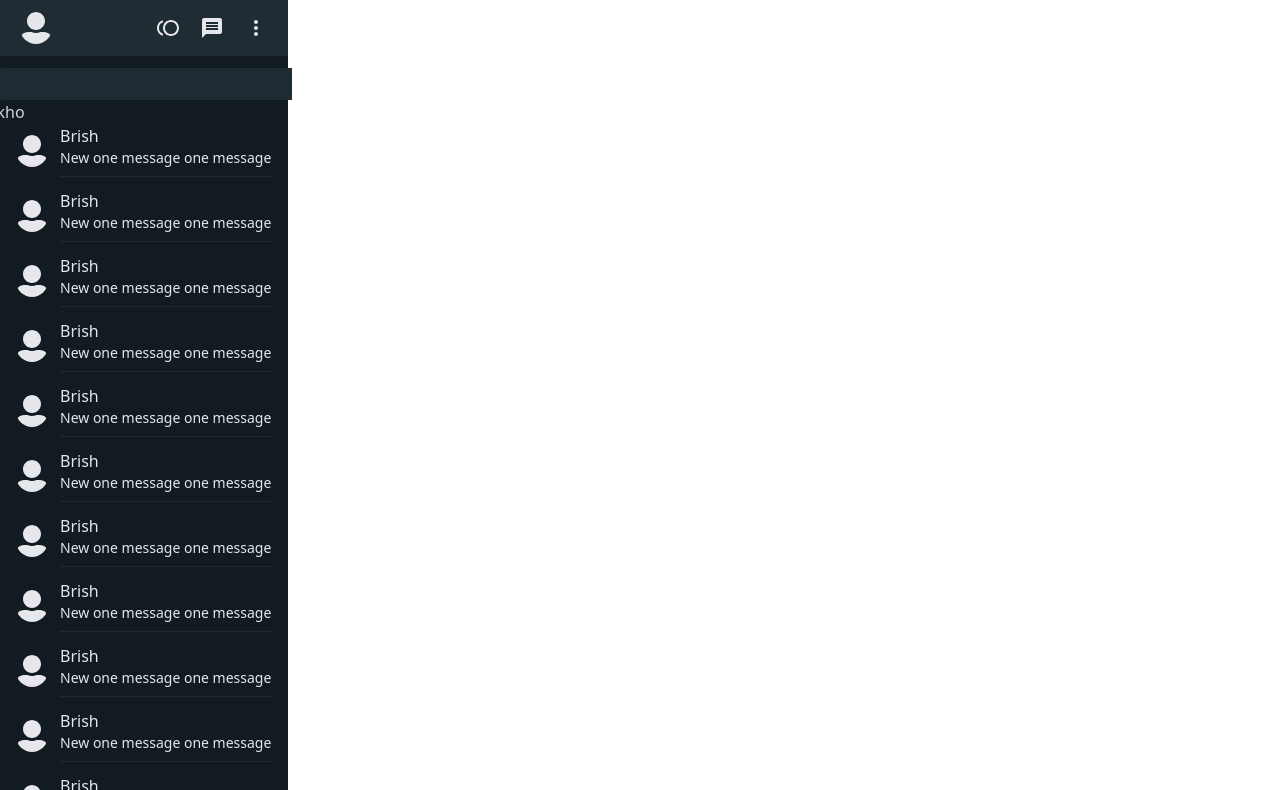
Repository: satya-ranjon/whatsapp-clone-dev
Page: /
These files come from the project's save history. The page is drawn as it stood at one moment and after the next save; the edit follows.
The browser window is 1280 px wide. The pictures show the whole page.
The project was rebuilt for these pictures with package versions that can differ from the ones it lists, and the page was loaded fresh each time.

Above is the page before, as saved 2022-04-09 06:45:02.

After the next save:
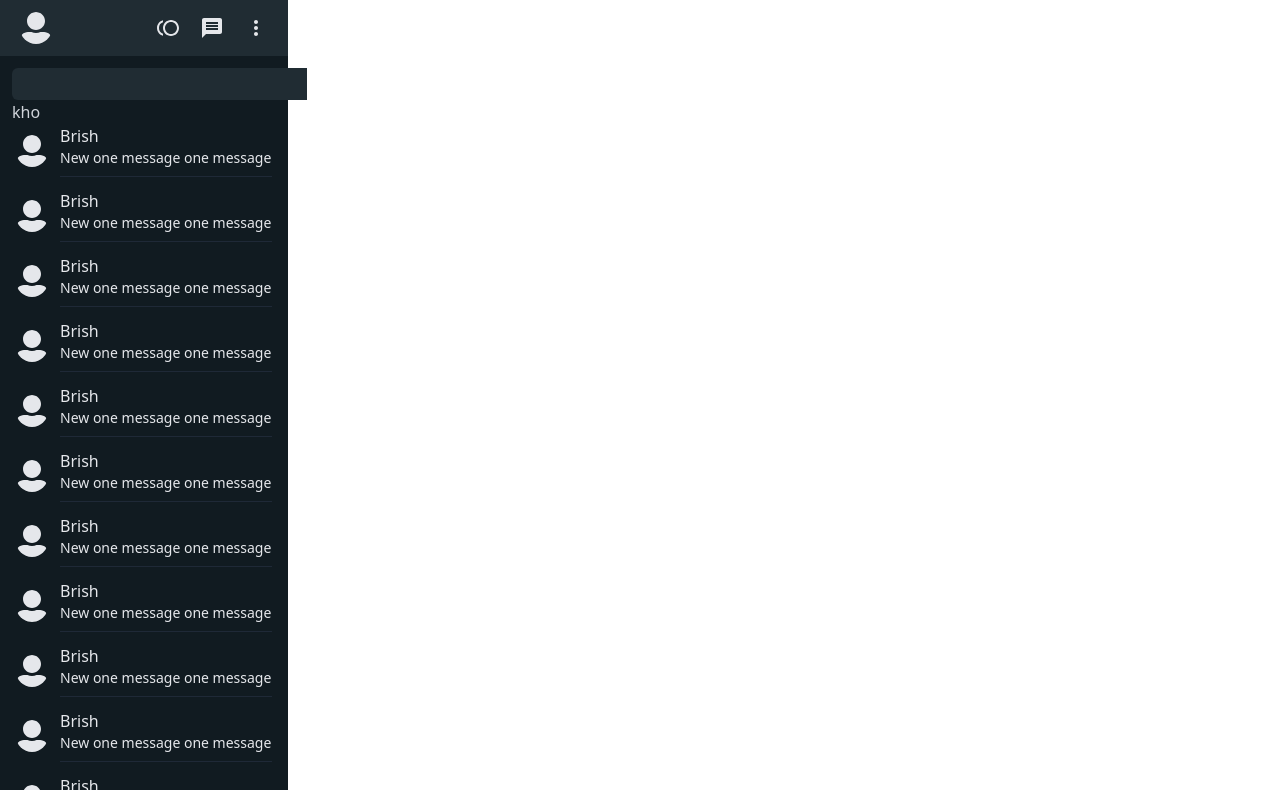
Saved 52 s later.
--- a/src/Components/SideBarUseList.jsx
+++ b/src/Components/SideBarUseList.jsx
@@ -12,7 +12,7 @@ export default function SideBarUseList() {
   return (
     <>
       <div className="bg-[#111b21] flex justify-center p-3">
-        <div className="pl-14 rounded-md bg-[#202c33] relative">
+        <div className="pl-14 rounded-md w-full bg-[#202c33] relative">
           <input
             type="text"
             className="bg-[#202c33]  p-1 outline-none text-gray-300  "
